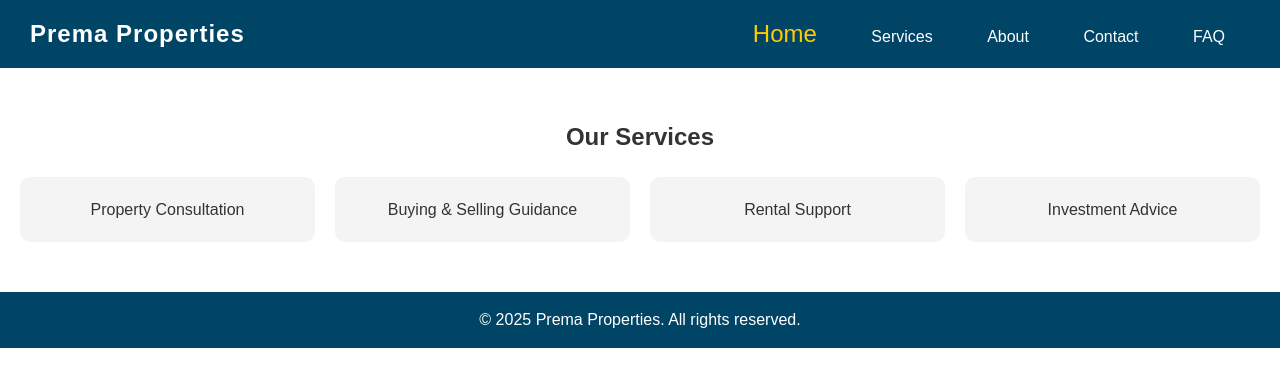
Repository: mnqobiMenzi/Prema-Properties
Page: services.html
An editor plug-in stored every save of this project. The page is shown before and after the next save, followed by the edit.
The browser window is 1280 px wide. The pictures show the whole page.
The pointer rests on the first visible `header nav a`.

Above is the page before, as saved 2025-10-04 08:38:17.

After the next save:
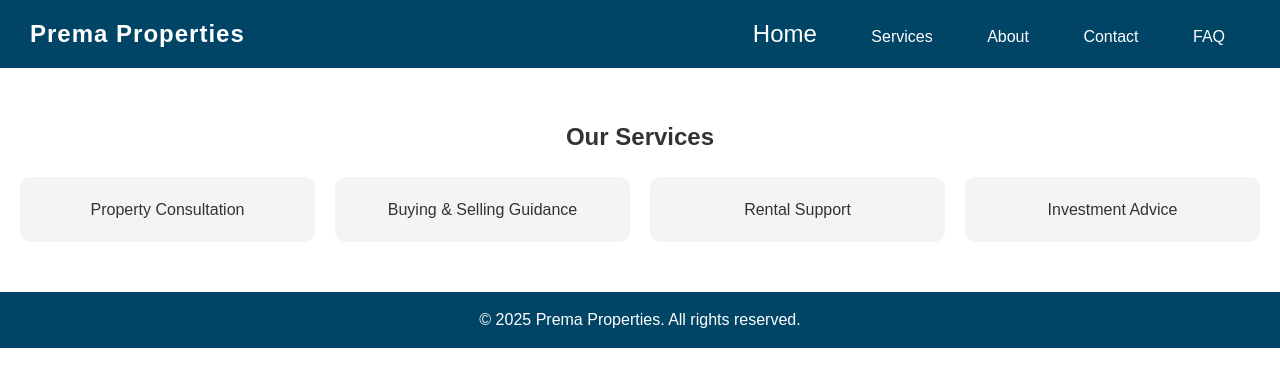
Saved 10 s later.
--- a/CSS/style.css
+++ b/CSS/style.css
@@ -43,7 +43,7 @@ header nav a {
 }
 
 header nav a:hover {
-  color: #ffcc00;
+  color: #;
 
   /* border-bottom: 2px solid #ffcc00; */
   padding-bottom: 3px;
